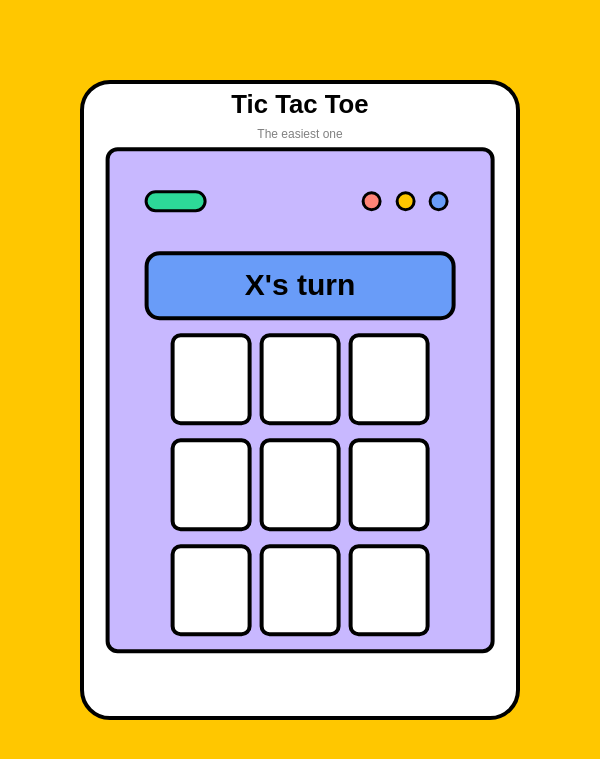
Repository: ThisIsSahaj/Js-Projects
Page: TIcTacToe/index.html
These files come from the project's save history. The page is drawn as it stood at one moment and after the next save; the edit follows.
The browser window is 600 px wide. The pictures show the whole page.

Above is the page before, as saved 2024-05-04 12:05:04.

After the next save:
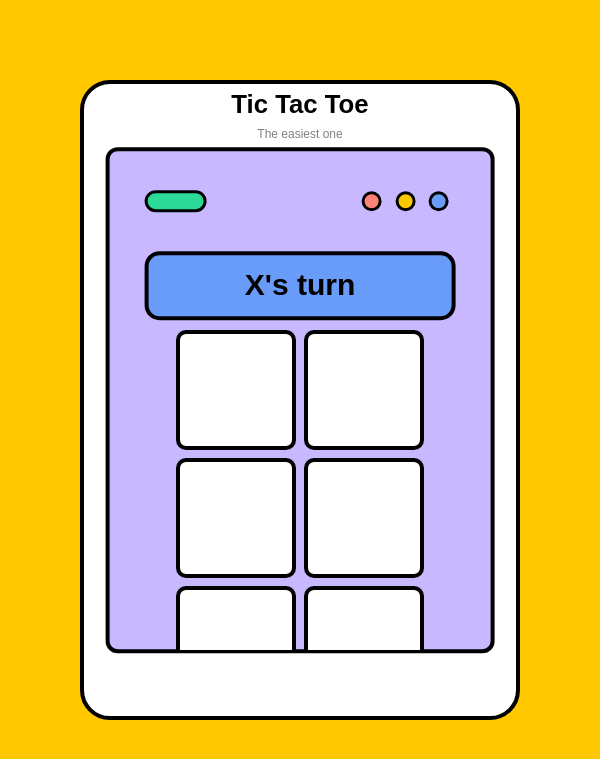
Saved 8 s later.
--- a/TIcTacToe/style.css
+++ b/TIcTacToe/style.css
@@ -263,10 +263,10 @@ html{
     .phoneUi{
         width: 440px;
     }
-    /* .cell{
+    .cell{
         width: 120px;
         height: 120px;
-    } */
+    }
     .gameBox{
         /* padding: ; */
     }
